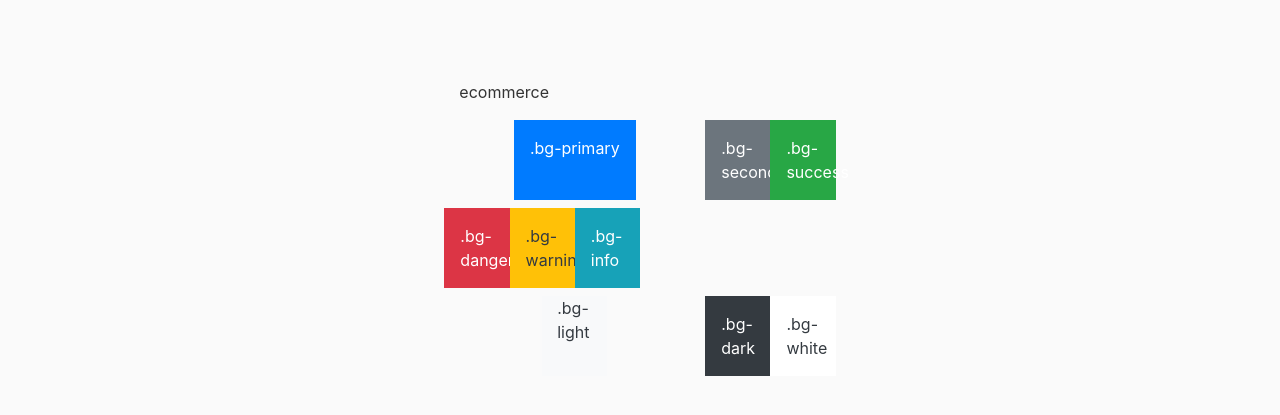
Repository: khanhdk0000/first_proj
Page: http://localhost/about?my_var=ecommerce
An editor plug-in stored every save of this project. The page is shown before and after the next save, followed by the edit.
The browser window is 1280 px wide. The pictures show the whole page.
Some web libraries are served in a nearby version. The page is served by the project's application, run on Flask 3 (flaskblog.py).

Above is the page before, as saved 2021-05-25 11:47:11.

### templates/about.html
{% extends "layout.html" %} {% block content %}
<div class="flex-center">
<div>
<p>{{ var}}</p>
<div class="row">
    <div class="mx-auto p-3 mb-2 bg-primary text-white">.bg-primary</div>
    <div class="col-2 p-3 mb-2 bg-secondary text-white">.bg-secondary</div>
    <div class="col-2 p-3 mb-2 bg-success text-white">.bg-success</div>
</div>

<div class="row">
    <div class="col-2 p-3 mb-2 bg-danger text-white">.bg-danger</div>
    <div class="col-2 p-3 mb-2 bg-warning text-dark">.bg-warning</div>
    <div class="col-2 p-3 mb-2 bg-info text-white">.bg-info</div>
</div>

<div class="row">
    <div class="col-2 mx-auto mb-2 bg-light text-dark">.bg-light</div>
    <div class="col-2 p-3 mb-2 bg-dark text-white">.bg-dark</div>
    <div class="col-2 p-3 mb-2 bg-white text-dark">.bg-white</div>
</div>
</div>
</div>

{% endblock content %}

### templates/layout.html
<!DOCTYPE html>
<html>
  <head>
    <!-- Required meta tags -->
    <meta charset="utf-8" />
    <meta
      name="viewport"
      content="width=device-width, initial-scale=1, shrink-to-fit=no"
    />

    <!-- Bootstrap CSS -->
    <link
      rel="stylesheet"
      href="https://maxcdn.bootstrapcdn.com/bootstrap/4.0.0/css/bootstrap.min.css"
      integrity="sha384-Gn5384xqQ1aoWXA+058RXPxPg6fy4IWvTNh0E263XmFcJlSAwiGgFAW/dAiS6JXm"
      crossorigin="anonymous"
    />

    <link
      rel="stylesheet"
      type="text/css"
      href="{{ url_for('static', filename='main.css') }}"
    />

    {% if title %}
    <title>Flask Blog - {{ title }}</title>
    {% else %}
    <title>Flask Blog</title>
    {% endif %}
  </head>
  <body>
    {% block content %}{% endblock %}

    <!-- Optional JavaScript -->
    <!-- jQuery first, then Popper.js, then Bootstrap JS -->
    <script
      src="https://code.jquery.com/jquery-3.2.1.slim.min.js"
      integrity="sha384-KJ3o2DKtIkvYIK3UENzmM7KCkRr/rE9/Qpg6aAZGJwFDMVNA/GpGFF93hXpG5KkN"
      crossorigin="anonymous"
    ></script>
    <script
      src="https://cdnjs.cloudflare.com/ajax/libs/popper.js/1.12.9/umd/popper.min.js"
      integrity="sha384-ApNbgh9B+Y1QKtv3Rn7W3mgPxhU9K/ScQsAP7hUibX39j7fakFPskvXusvfa0b4Q"
      crossorigin="anonymous"
    ></script>
    <script
      src="https://maxcdn.bootstrapcdn.com/bootstrap/4.0.0/js/bootstrap.min.js"
      integrity="sha384-JZR6Spejh4U02d8jOt6vLEHfe/JQGiRRSQQxSfFWpi1MquVdAyjUar5+76PVCmYl"
      crossorigin="anonymous"
    ></script>
    <!-- MDB -->
    <script
      type="text/javascript"
      src="https://cdnjs.cloudflare.com/ajax/libs/mdb-ui-kit/3.5.0/mdb.min.js"
    ></script>
  </body>
</html>

### flaskblog.py
from flask import Flask, render_template, url_for, request
app = Flask(__name__)


posts = [
    {
        'author': 'Corey Schafer',
        'title': 'Blog Post 1',
        'content': 'First post content',
        'date_posted': 'April 20, 2018'
    },
    {
        'author': 'Jane Doe',
        'title': 'Blog Post 2',
        'content': 'Second post content',
        'date_posted': 'April 21, 2018'
    }
]

@app.route('/')
@app.route('/home')
def hello_world():
    return render_template('home.html', posts=posts, title='Hey')

@app.route('/about')
def about():
    my_var = request.args.get('my_var', None)
    return render_template('about.html', posts=posts, var=my_var)

if __name__ == '__main__':
    app.run(debug=True)

### static/main.css
body {
    background: #fafafa;
    color: #333333;
    margin-top: 5rem;
    height: 100%;
  }

  h1, h2, h3, h4, h5, h6 {
    color: #444444;
  }

  .bg-steel {
    background-color: #5f788a;
  }

  .site-header .navbar-nav .nav-link {
    color: #cbd5db;
  }

  .site-header .navbar-nav .nav-link:hover {
    color: #ffffff;
  }

  .site-header .navbar-nav .nav-link.active {
    font-weight: 500;
  }

  .content-section {
    background: #ffffff;
    padding: 10px 20px;
    border: 1px solid #dddddd;
    border-radius: 3px;
    margin-bottom: 20px;
  }

  .article-title {
    color: #444444;
  }

  a.article-title:hover {
    color: #428bca;
    text-decoration: none;
  }

  .article-content {
    white-space: pre-line;
  }

  .article-img {
    height: 65px;
    width: 65px;
    margin-right: 16px;
  }

  .article-metadata {
    padding-bottom: 1px;
    margin-bottom: 4px;
    border-bottom: 1px solid #e3e3e3
  }

  .article-metadata a:hover {
    color: #333;
    text-decoration: none;
  }

  .article-svg {
    width: 25px;
    height: 25px;
    vertical-align: middle;
  }

  .account-img {
    height: 125px;
    width: 125px;
    margin-right: 20px;
    margin-bottom: 16px;
  }

  .account-heading {
    font-size: 2.5rem;
  }

  .vertical-center {
    min-height: 100%;  /* Fallback for browsers do NOT support vh unit */
    min-height: 100vh; /* These two lines are counted as one :-)       */

    justify-content:center;
    display: flex;
    align-items: center;
  }

  .flex-center {
    display: flex;
    justify-content: center;
    min-height: 100%;
    min-width: 100%;
  }

After the next save:
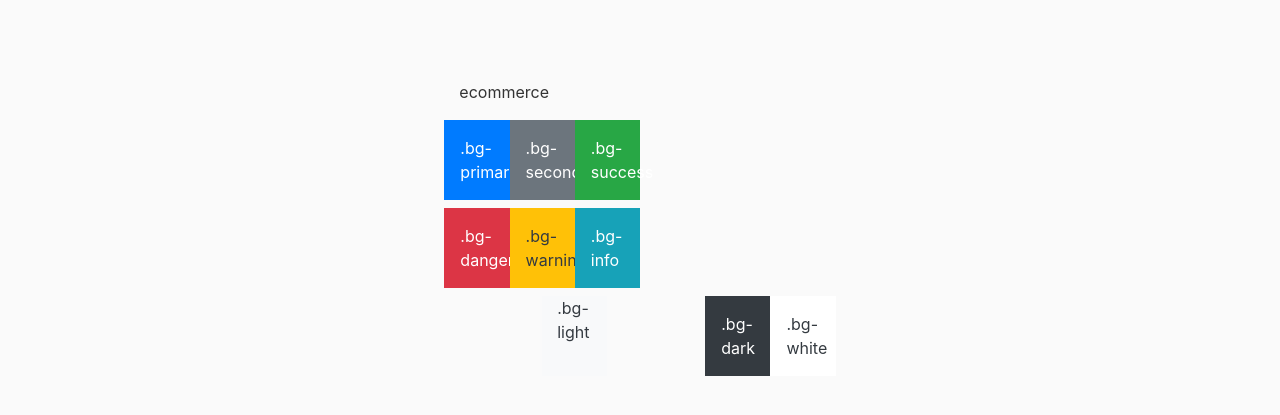
Saved 5 s later.
--- a/templates/about.html
+++ b/templates/about.html
@@ -3,7 +3,7 @@
 <div>
 <p>{{ var}}</p>
 <div class="row">
-    <div class="mx-auto p-3 mb-2 bg-primary text-white">.bg-primary</div>
+    <div class="col-2 p-3 mb-2 bg-primary text-white">.bg-primary</div>
     <div class="col-2 p-3 mb-2 bg-secondary text-white">.bg-secondary</div>
     <div class="col-2 p-3 mb-2 bg-success text-white">.bg-success</div>
 </div>
